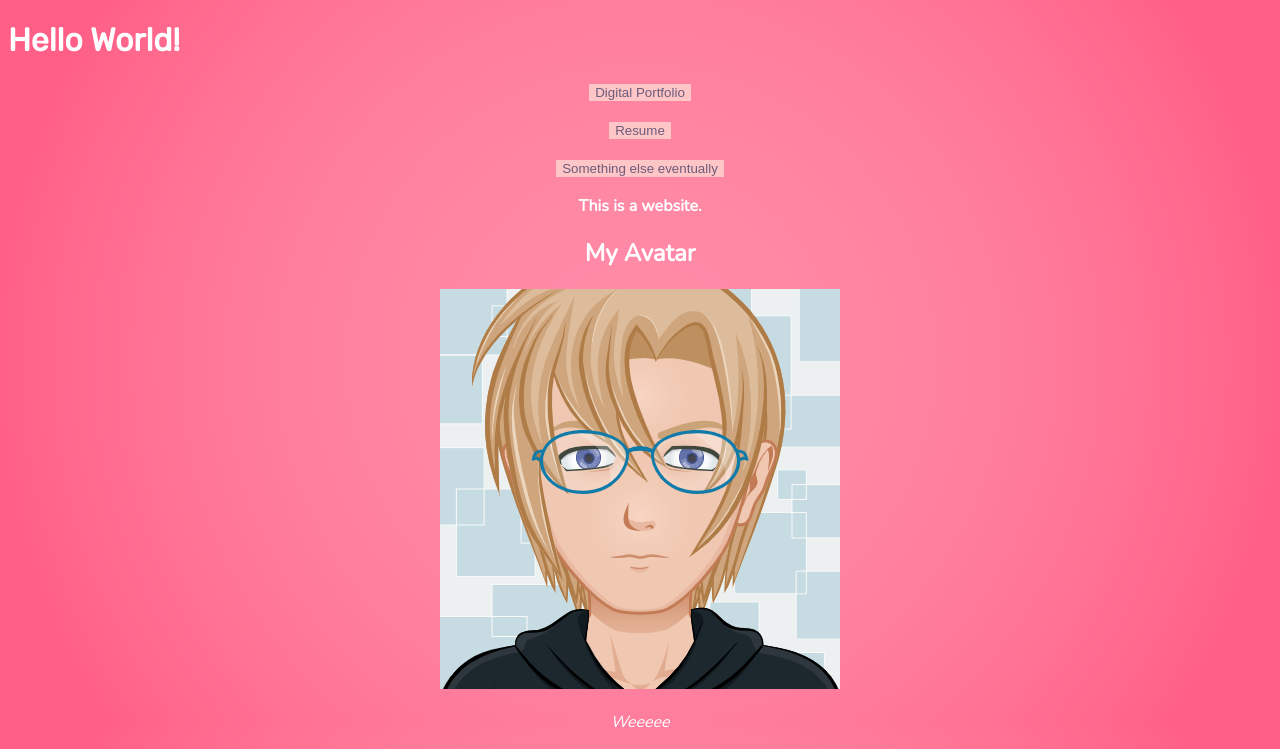
Repository: Ivyeomnky/Ivyeomnky.github.io
Page: index.html
The author's editor kept a record of every edit. The page is drawn from the files as they stood at one moment, then again after the next edit.
The browser window is 1280 px wide. The pictures show the whole page.
Backgrounds fixed to the window are drawn as part of the page.

Above is the page before.

After the next edit:
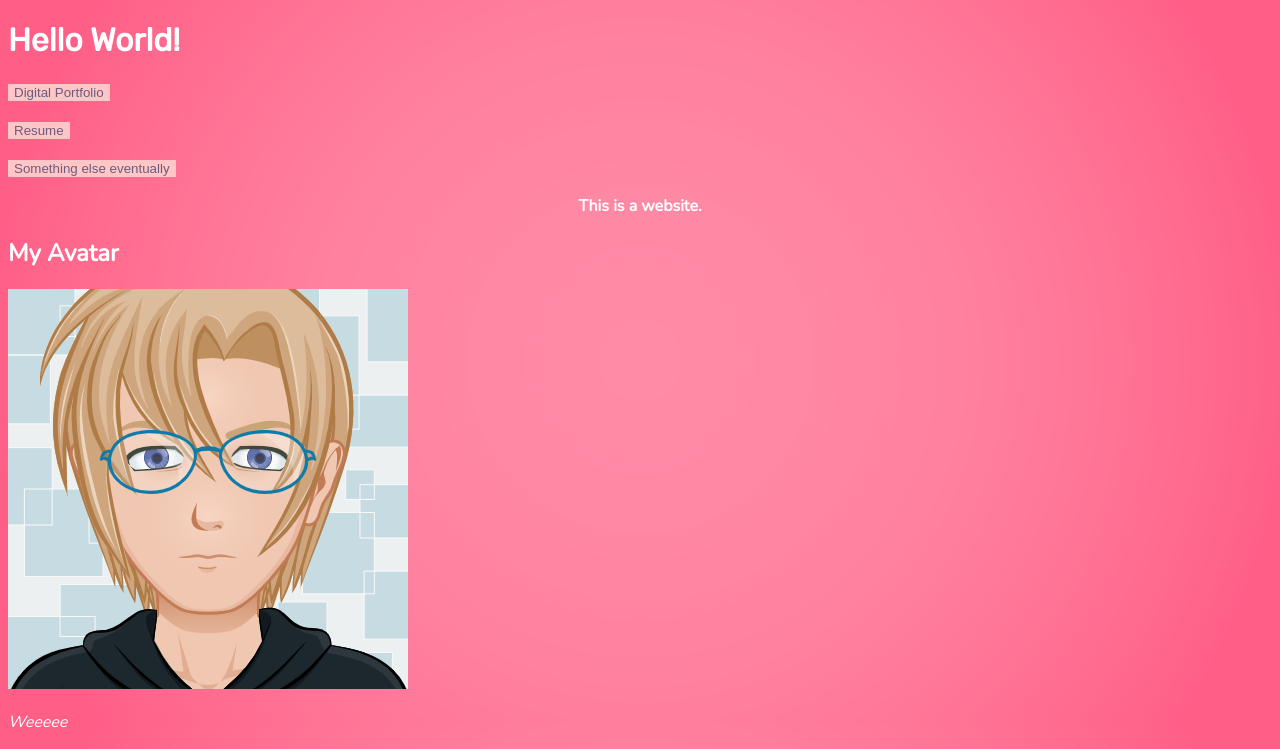
The edit:
--- a/index.html
+++ b/index.html
@@ -10,7 +10,7 @@
     <body>
         <h1>Hello World!</h1>
         <div class="font-effect-anaglyph">
-        <center>
+
         <a href="dp.html" target="_blank"><button>Digital Portfolio</button></a>
         <p><a href="resume.html" target="_blank"><button>Resume</button></a></p>
         <p><a href="html.html" target="_blank"><button>Something else eventually</button></a></p>

After the edit that followed:
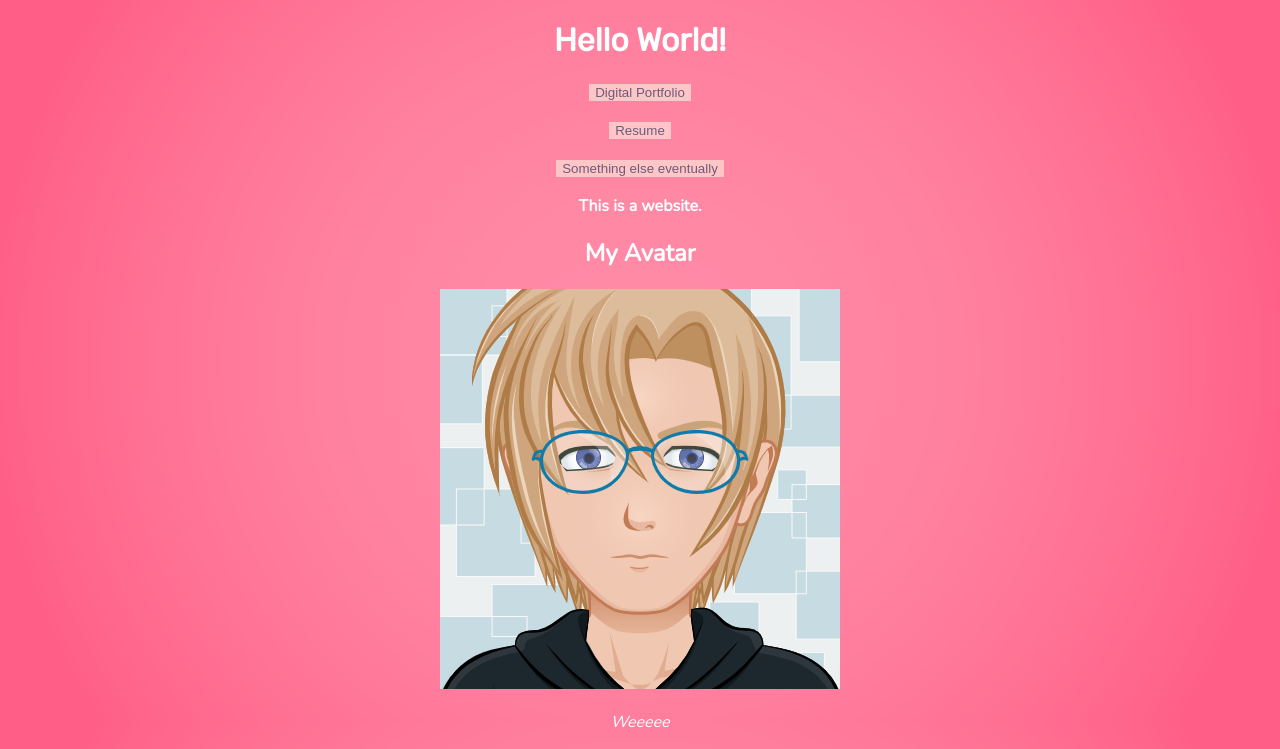
The edit:
--- a/index.html
+++ b/index.html
@@ -8,6 +8,7 @@
         <link href="https://fonts.googleapis.com/css?family=Nunito|Roboto|Rubik&display=swap" rel="stylesheet">
     </head>
     <body>
+        <center>
         <h1>Hello World!</h1>
         <div class="font-effect-anaglyph">
 
